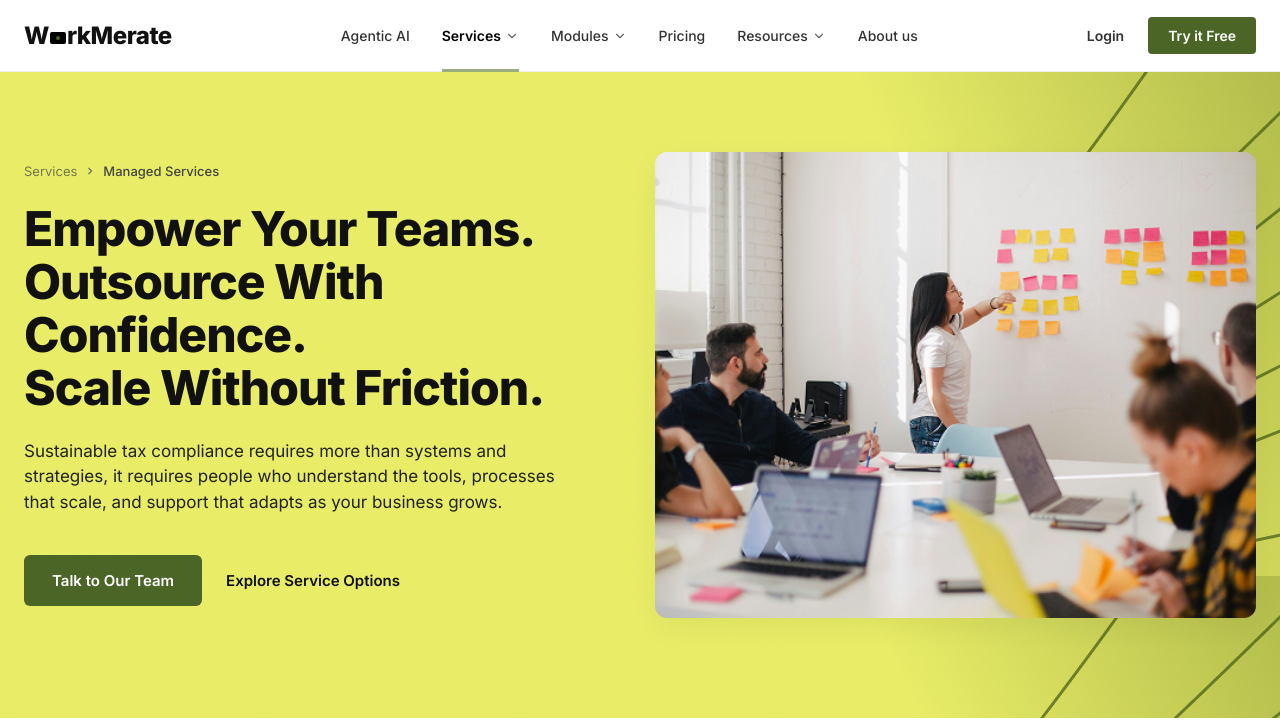
Repository: Opawumi/work_merate
Page: managed.html
These files come from the project's save history. The page is drawn as it stood at one moment and after a run of saves; the edit follows.
The browser window is 1280 px wide. The pictures show the whole page.

Above is the page before, as saved 2026-02-02 10:48:25.

After the next 5 saves:
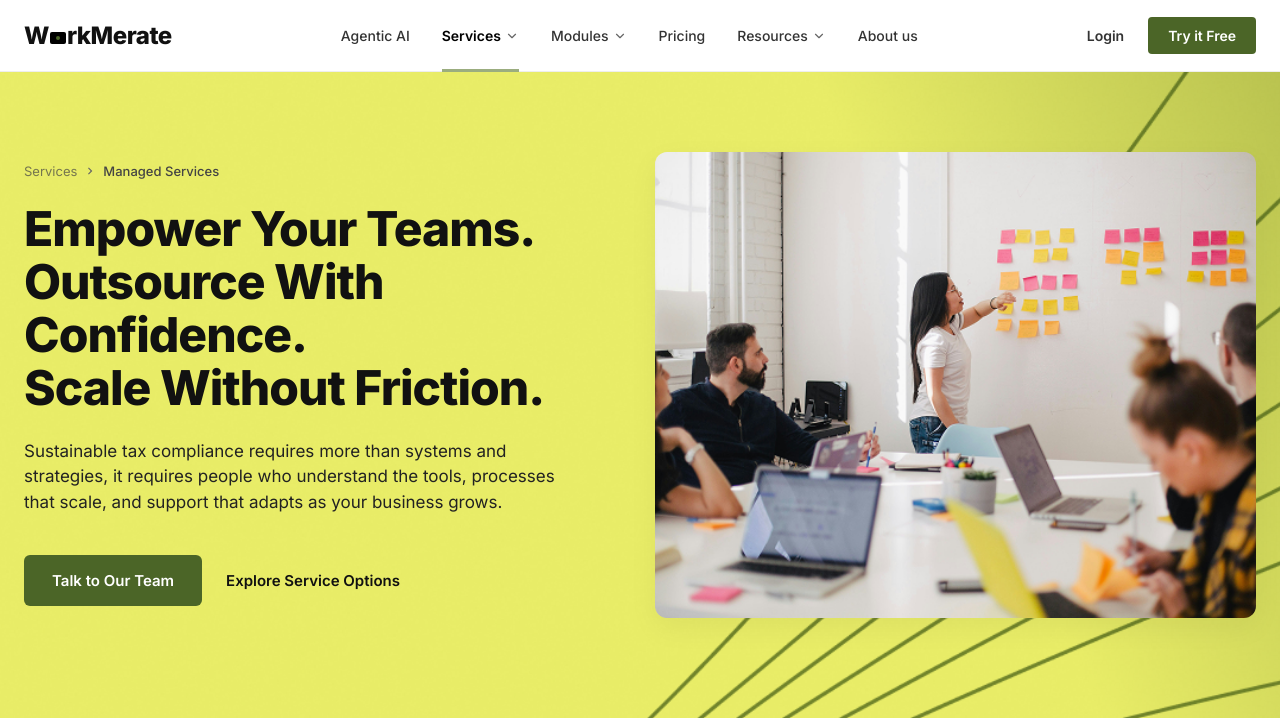
The 5 saves are shown as one change because they came seconds apart.
The last was saved 42 s later.
--- a/managed.css
+++ b/managed.css
@@ -142,7 +142,7 @@
 /* --- Managed Services Hero Section --- */
 .hero-section {
     position: relative;
-    background: url("./assets/managed-hero.png");
+    background: url("./assets/managed-hero.png") no-repeat center center/cover;
     padding: 80px 0 100px;
     overflow: hidden;
 }
